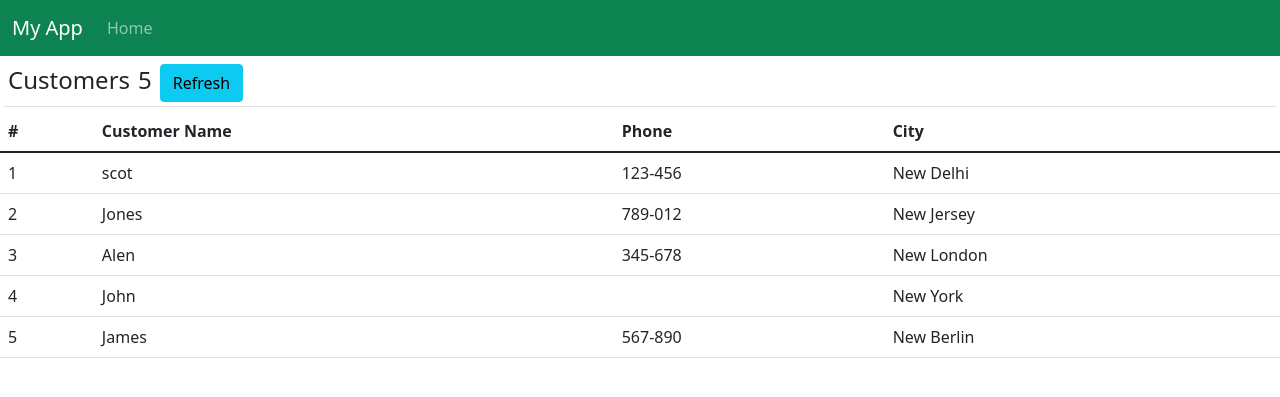
Repository: smit1298/e-commerce
Page: /
An editor plug-in stored every save of this project. The page is shown before and after the next save, followed by the edit.
The browser window is 1280 px wide. The pictures show the whole page.
The project was rebuilt for these pictures with package versions that can differ from the ones it lists, and the page was loaded fresh each time.

Above is the page before, as saved 2022-05-10 17:24:49.

### src/index.js
import React from "react";
import ReactDOM from "react-dom";
import "jquery";
import "popper.js/dist/umd/popper";
import "bootstrap/dist/js/bootstrap";
import "bootstrap/dist/css/bootstrap.css";
import "./index.css";
import App from "./App";

ReactDOM.render(<App />, document.getElementById("root"));

### src/index.css
* {
    box-sizing: border-box;
}

.highlight{
    background-color: #80c0b5;
}

.navbar-style{
    background-color: #0c8351 !important;
}

### src/App.jsx
import React, { Component } from "react";
import MainContent from "./MainContent";
import NavBar from "./NavBar";

export default class App extends Component {
  render() {
    return (
      <React.Fragment>
        <NavBar />
        <MainContent />
      </React.Fragment>
    );
  }
}

### src/MainContent.jsx
import React, { Component } from "react";

export default class MainContent extends Component {
  state = {
    pageTitle: "Customers",
    customersCount: 5,
    customers: [
      { id: 1, name: "scot", phone: "123-456", address:{ city: "New Delhi"} },
      { id: 2, name: "Jones", phone: "789-012", address:{ city: "New Jersey"}  },
      { id: 3, name: "Alen", phone: "345-678", address:{ city: "New London"}  },
      { id: 4, name: "John", phone: null, address:{ city: "New York"}  },
      { id: 5, name: "James", phone: "567-890", address:{ city: "New Berlin"}  }
    ]
  };

  render() {
    return (
      <div>
        <h4 className="border-bottom m-1 p-1">
          {this.state.pageTitle}
          <span className="m-2">{this.state.customersCount}</span>
          <button className="btn btn-info" onClick={this.onRefreshClick}>
            Refresh
          </button>
        </h4>
        <table className="table">
          <thead>
            <tr>
              <th>#</th>
              <th>Customer Name</th>
              <th>Phone</th>
              <th>City</th>
            </tr>
          </thead>
          <tbody>
            {this.state.customers.map((cust) => {
              return (
                <tr key={cust.id}>
                  <td>{cust.id}</td>
                  <td>{cust.name}</td>
                  <td>{cust.phone}</td>
                  <td>{cust.address.city}</td>
                </tr>
              );
            })}
          </tbody>
        </table>
      </div>
    );
  }

  //   Executes when the user clicks on refresh button
  onRefreshClick = () => {
    this.setState({
      customersCount: 7
    });
  };
}

### src/NavBar.jsx
import React, { Component } from "react";

class NavBar extends Component {
  render() {
    return (
      <React.Fragment>
        <nav className="navbar navbar-expand-lg navbar-dark bg-dark navbar-style">
          <div className="container-fluid">
            <a className="navbar-brand" href="/#">
              My App
            </a>
            <button
              className="navbar-toggler"
              type="button"
              data-bs-toggle="collapse"
              data-bs-target="#navbarSupportedContent"
              aria-controls="navbarSupportedContent"
              aria-expanded="false"
              aria-label="Toggle navigation"
            >
              <span className="navbar-toggler-icon"></span>
            </button>

            <div
              className="collapse navbar-collapse"
              id="navbarSupportedContent"
            >
              <ul className="navbar-nav me-auto mb-2 mb-lg-0">
                <li className="nav-item">
                  <a className="nav-link" href="/#">
                    Home
                  </a>
                </li>
              </ul>
            </div>
          </div>
        </nav>
      </React.Fragment>
    );
  }
}

export default NavBar;

Loaded but not shown: public/index.html (common file)

After the next save:
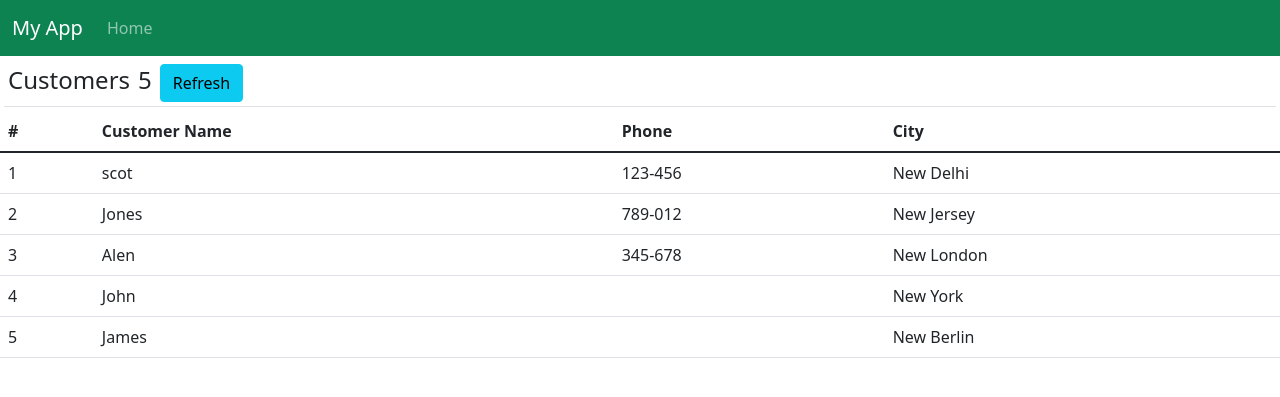
Saved 8 s later.
--- a/src/MainContent.jsx
+++ b/src/MainContent.jsx
@@ -9,7 +9,7 @@ export default class MainContent extends Component {
       { id: 2, name: "Jones", phone: "789-012", address:{ city: "New Jersey"}  },
       { id: 3, name: "Alen", phone: "345-678", address:{ city: "New London"}  },
       { id: 4, name: "John", phone: null, address:{ city: "New York"}  },
-      { id: 5, name: "James", phone: "567-890", address:{ city: "New Berlin"}  }
+      { id: 5, name: "James", phone: null, address:{ city: "New Berlin"}  }
     ]
   };
 
